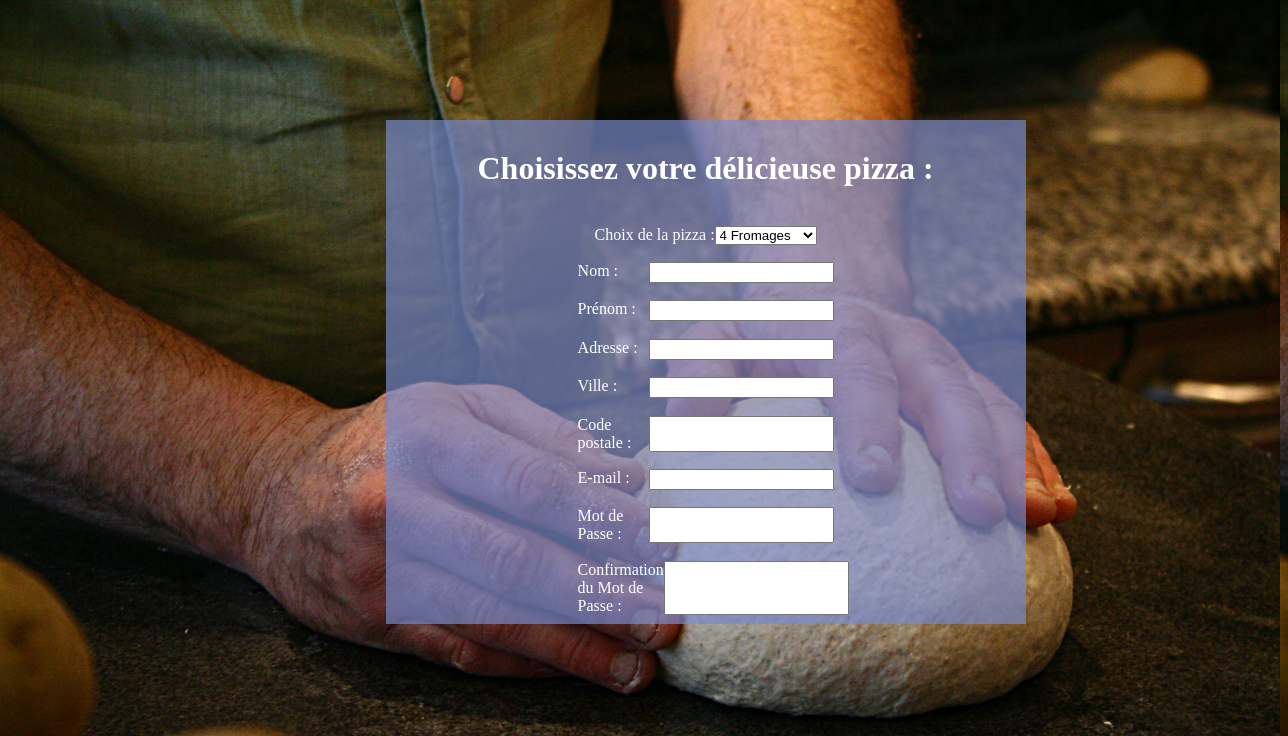
Repository: dev84-unalien/pippo_pizza
Page: commande.html
These files come from the project's save history. The page is drawn as it stood at one moment and after the next save; the edit follows.
The browser window is 1280 px wide. The page is 1288 px wide, so the pictures cover 1288 px, including what lies to the right of the window. The pictures show the whole page.

Above is the page before, as saved 2019-09-11 15:49:07.

After the next save:
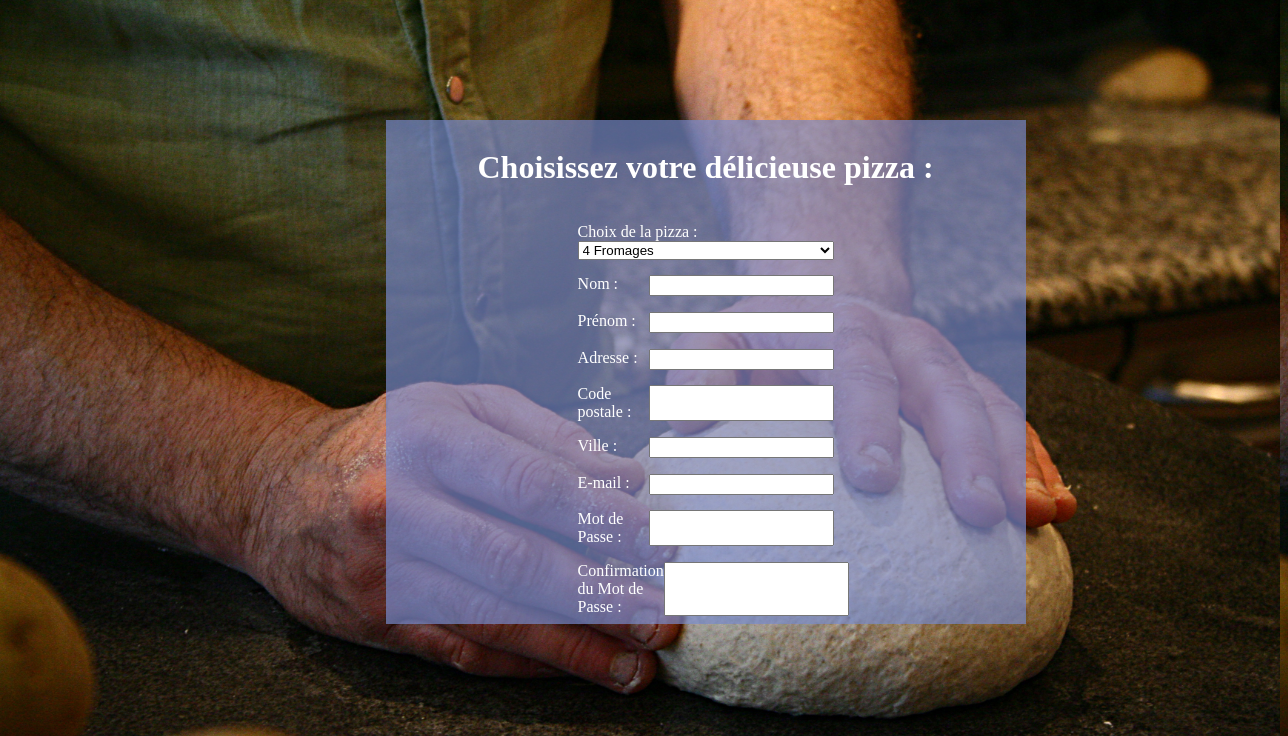
Saved 61 s later.
--- a/commande.html
+++ b/commande.html
@@ -14,7 +14,7 @@
 <body>
             <div id="cadrecommande">
                 <h1>Choisissez votre délicieuse pizza :</h1>
-                <div>Choix de la pizza :<select id = "choixpizza">
+                <div>Choix de la pizza :<select class="section" id = "choixpizza">
                         <option value="4fromage">4 Fromages</option>
                         <option value="chicago">Chicago</option>
                         <option value="florentine">Florentine</option>
@@ -33,8 +33,8 @@
                     <div class="section">Nom :<input type="text" id="nom"></div>
                     <div class="section">Prénom :<input type="text"id="prenom"></div>
                     <div class="section">Adresse :<input type="text" id="Adresse"></div>
+                    <div class="section">Code postale :<input type="text" id="codepostale"></div>
                     <div class="section">Ville :<input type="text" id="ville"></div>
-                    <div class="section">Code postale :<input type="text" id="codepostale"></div>
                     <div class="section">E-mail :<input type="text" id="email"></div>
                     <div class="section">Mot de Passe :<input type="text" id="mdp"></div>
                     <div class="section">Confirmation du Mot de Passe :<input type="text" id="confirmmdp"></div>
